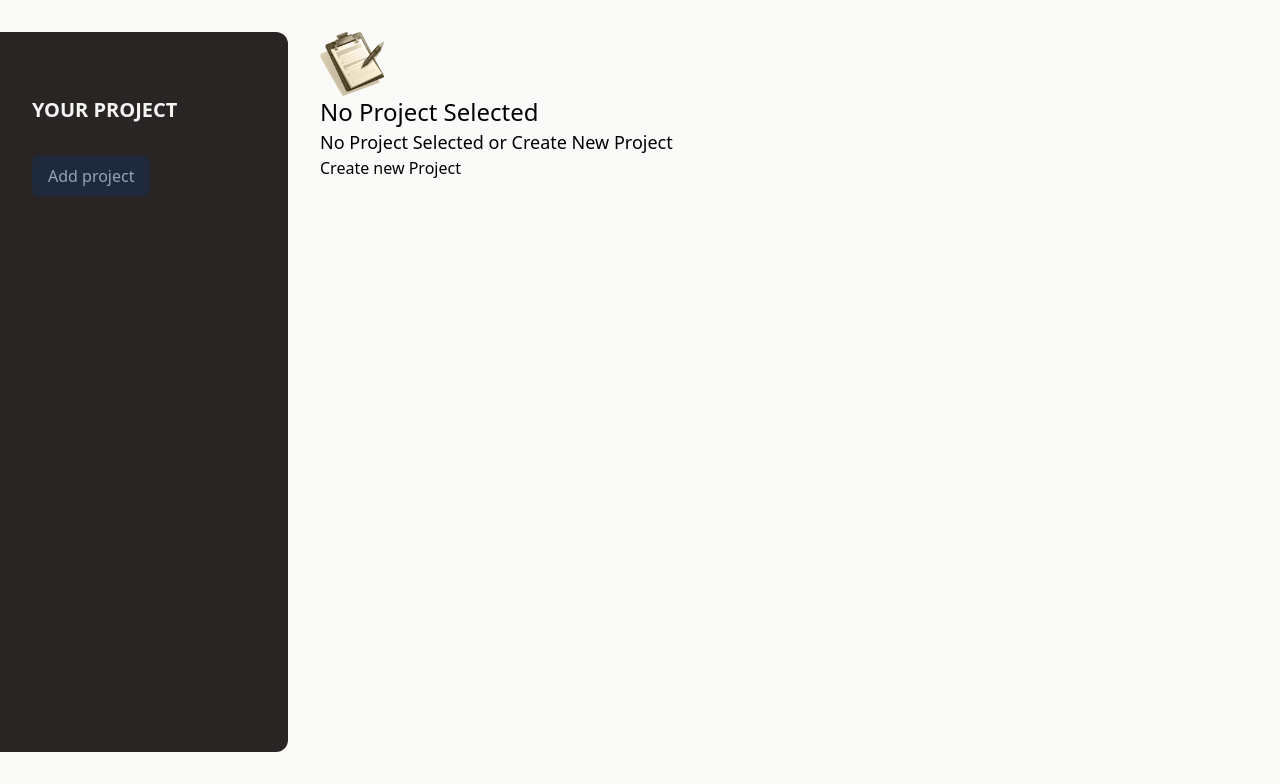
Repository: sibi24sibi/todo-list-using-reactjs
Page: /
The author's editor kept a copy of each file at every save. The page is drawn from the files as they stood at one save, then again after the next save.
The browser window is 1280 px wide. The pictures show the whole page.
The project was rebuilt for these pictures with package versions that can differ from the ones it lists, and the page was loaded fresh each time. Also part of the build but not shown: vite.config.js, src/Components/Input.jsx, src/Components/NewProjects.jsx.

Above is the page before, as saved 2024-06-24 14:46:10.

After the next save:
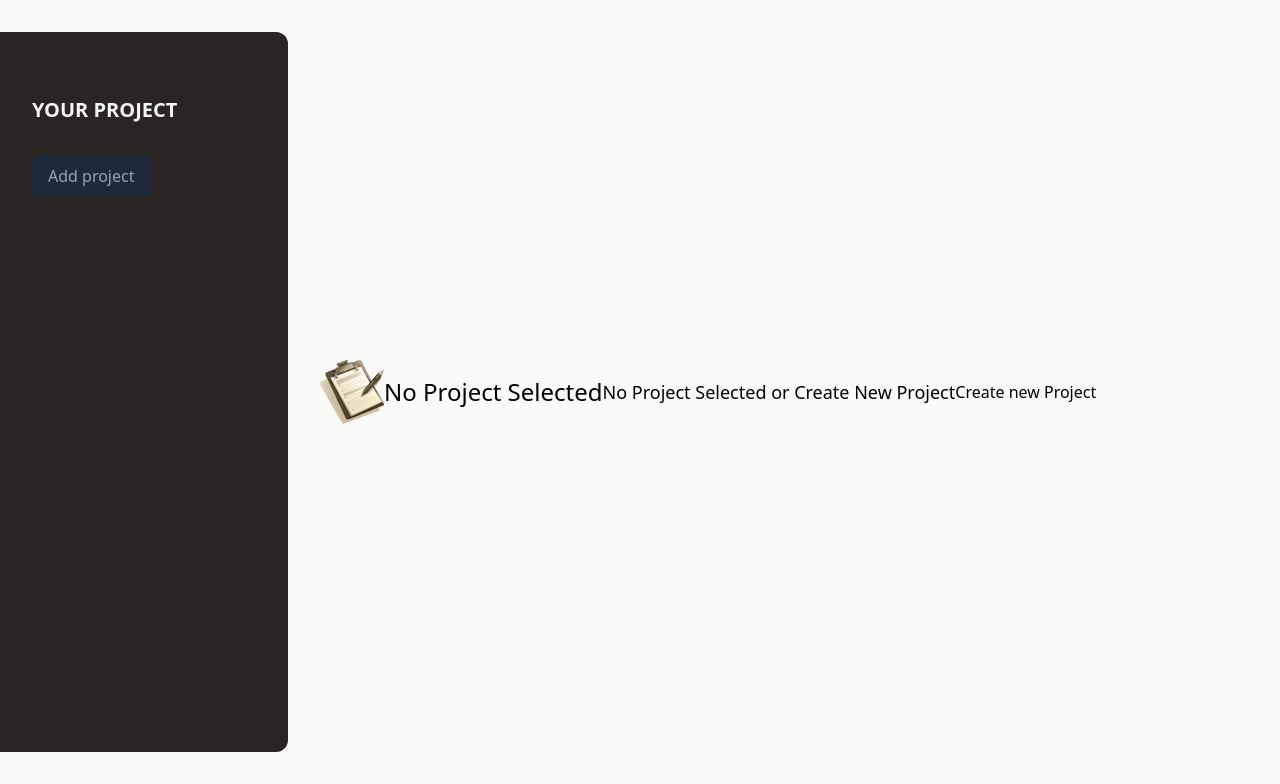
Saved 23 s later.
--- a/src/Components/NoProjects.jsx
+++ b/src/Components/NoProjects.jsx
@@ -2,7 +2,7 @@ import noProjects from "../assets/no-projects.png";
 
 export default function Noprojects() {
   return (
-    <div>
+    <div className="flex justify-center items-center">
       <img src={noProjects} alt="No Projects" className="w-16 h-16" />
       <h2 className="text-2xl ">No Project Selected</h2>
       <p className=" text-lg">No Project Selected or Create New Project</p>
